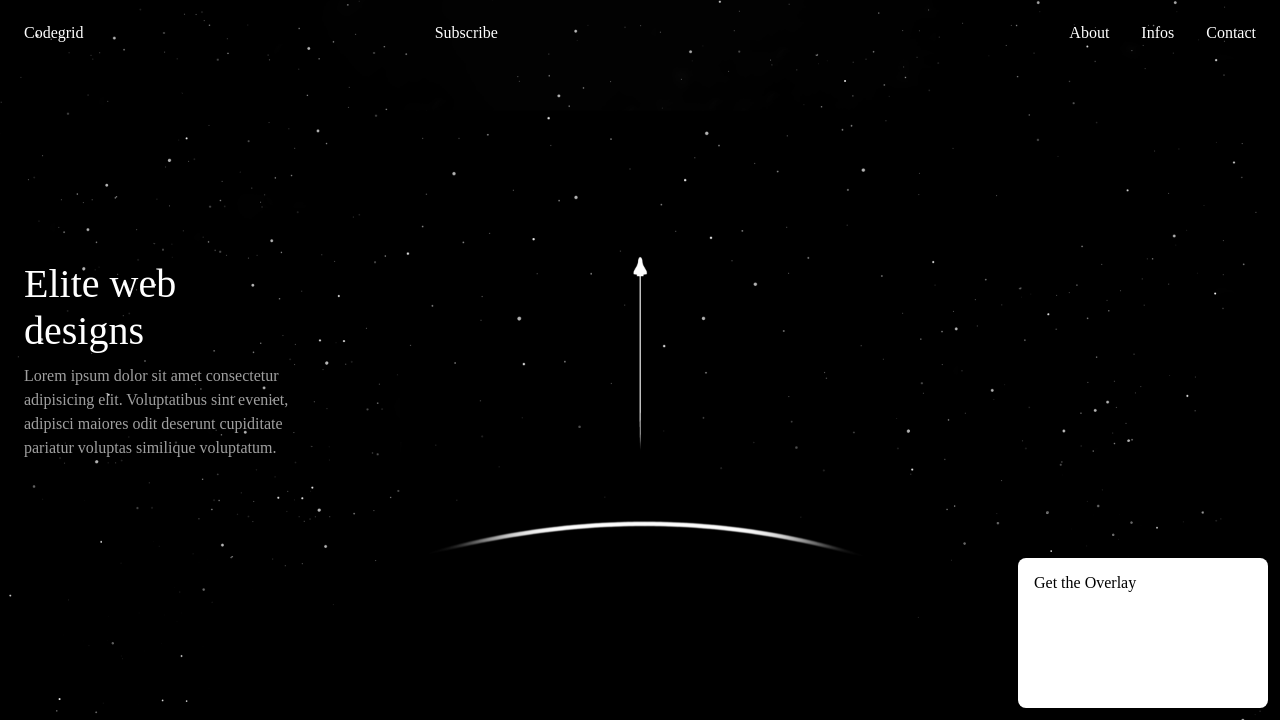
Repository: burhanjawed/Responsive-Slide-Out-Menu
Page: index.html
An editor plug-in stored every save of this project. The page is shown before and after the next save, followed by the edit.
The browser window is 1280 px wide. The pictures show the whole page.
Some icons come from a web library that is not loaded, so they are not drawn. An inner scrolling area shows only its first screen. Some web libraries are served in a nearby version.

Above is the page before, as saved 2023-11-26 22:04:11.

### index.html
<!DOCTYPE html>
<html lang="en">
  <head>
    <meta charset="UTF-8" />
    <meta name="viewport" content="width=device-width, initial-scale=1.0" />
    <title>Slide Out Menu</title>
    <script src="https://unpkg.com/@phosphor-icons/web"></script>
    <link rel="stylesheet" href="styles.css" />
  </head>
  <body>
    <div class="container">
      <div class="website-content">
        <nav>
          <div class="logo">Codegrid</div>
          <div class="logo">Subscribe</div>
          <div class="links">
            <a href="#">About</a>
            <a href="#">Infos</a>
            <a href="#">Contact</a>
          </div>
        </nav>

        <div class="hero">
          <h1>Elite web designs</h1>
          <p>
            Lorem ipsum dolor sit amet consectetur adipisicing elit.
            Voluptatibus sint eveniet, adipisci maiores odit deserunt cupiditate
            pariatur voluptas similique voluptatum.
          </p>
        </div>
      </div>

      <div class="overlay-toggle">
        <p>Get the Overlay</p>
        <p><i class="ph ph-arrow-right"></i></p>
      </div>
    </div>

    <div class="sidebar">
      <div class="card">
        <div class="card-title">
          <div>Showreel</div>
          <div class="close-btn"><i class="ph-thin ph-x"></i></div>
        </div>
        <div class="card-copy">
          <p>
            Lorem ipsum dolor sit amet consectetur adipisicing elit. Aspernatur,
            natus.
          </p>
        </div>
      </div>
      <div class="card">
        <div class="card-title">Community</div>
        <div class="card-copy">
          <p>
            Lorem ipsum dolor sit amet consectetur, adipisicing elit.
            Consequuntur facere cum quos!
          </p>
        </div>
      </div>
      <div class="card">
        <div class="card-title">Catalog</div>
        <div class="card-copy">
          <p>
            Lorem ipsum dolor sit amet consectetur, adipisicing elit.
            Consequuntur facere cum quos!
          </p>
        </div>
      </div>
    </div>
    <script src="https://cdnjs.cloudflare.com/ajax/libs/gsap/3.12.2/gsap.min.js"></script>
    <script></script>
  </body>
</html>

### styles.css
* {
  margin: 0;
  padding: 0;
  box-sizing: border-box;
}

html,
body {
  width: 100%;
  height: 100%;
  overflow-x: hidden;
  background: #000;
  color: #fff;
  font-family: 'Neue Montreal';
}

.container {
  position: relative;
  width: 100vw;
  height: 100vh;
  background: url(assets/bg.png) no-repeat 50% 50%;
  background-size: cover;
}

nav {
  position: fixed;
  width: 100%;
  display: flex;
  padding: 1.5em;
}

nav > div {
  flex: 1;
}

.cta {
  text-align: center;
}

.links {
  display: flex;
  justify-content: flex-end;
  gap: 2em;
}

a {
  text-decoration: none;
  color: #fff;
}

.hero {
  position: absolute;
  top: 50%;
  transform: translateY(-50%);
  padding: 0 1.5em;
  width: 25%;
}

.hero h1 {
  font-size: 40px;
  font-weight: 400;
  margin-bottom: 10px;
}

.hero p {
  color: #a0a0a0;
  line-height: 1.5;
}

i {
  position: relative;
}

.overlay-toggle {
  position: absolute;
  right: 0;
  bottom: 0;
  width: 250px;
  height: 150px;
  margin: 0.75em;
  padding: 1em;
  border-radius: 0.5em;
  background: #fff;
  color: #000;
  display: flex;
  justify-content: space-between;
  cursor: pointer;
}

::-webkit-scrollbar {
  display: none;
}

.card {
  position: relative;
  right: 0%;
  padding: 1em;
  flex: 1;
  background: #fff;
  color: #000;
  border-radius: 0.5em;
  overflow: hidden;
  display: flex;
  flex-direction: column;
  justify-content: space-between;
  cursor: pointer;
}

After the next save:
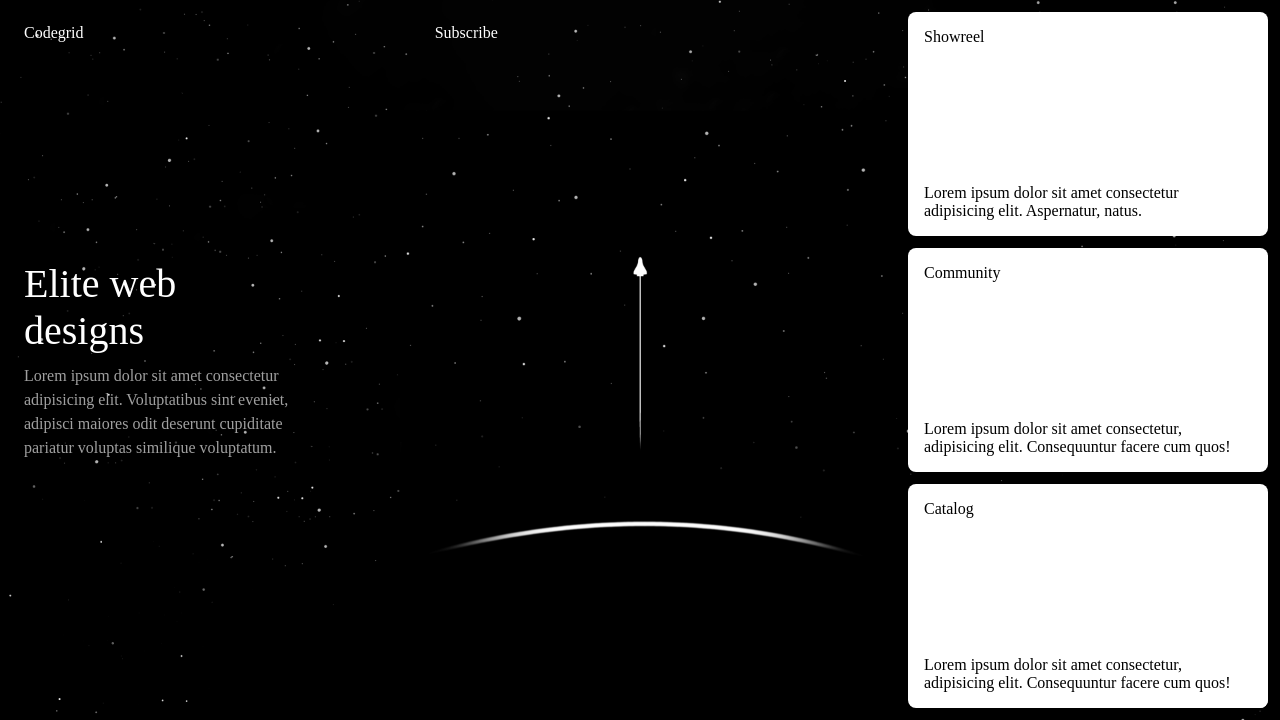
Saved 101 s later.
--- a/styles.css
+++ b/styles.css
@@ -91,6 +91,20 @@ i {
   display: none;
 }
 
+.sidebar {
+  position: fixed;
+  top: 0;
+  right: 0;
+  width: 30vw;
+  height: 100vh;
+  padding: 0.75em;
+  display: flex;
+  flex-direction: column;
+  gap: 0.75em;
+  overflow: hidden;
+  pointer-events: none;
+}
+
 .card {
   position: relative;
   right: 0%;
